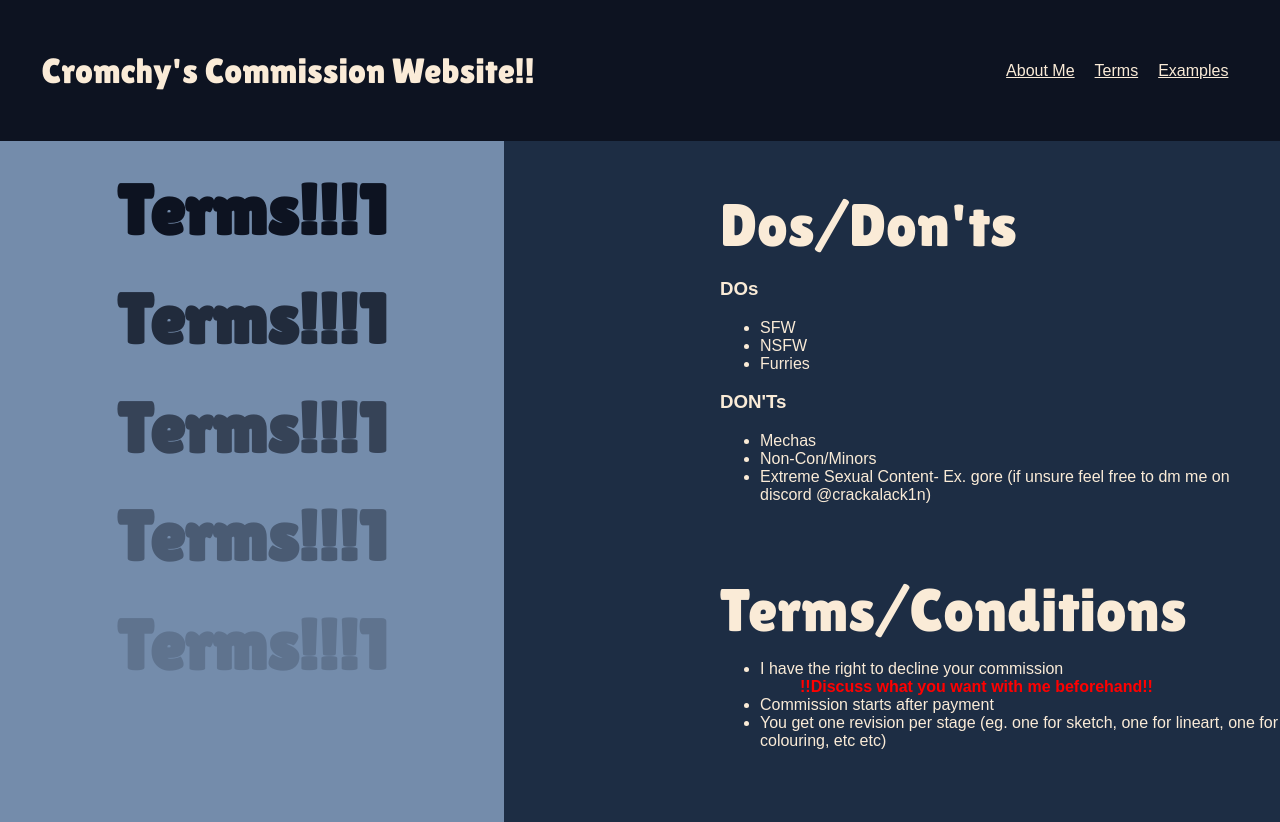
Repository: crackaLack1n/Cromchys_Commission_Site
Page: /Terms
These files come from the project's save history. The page is drawn as it stood at one moment and after the next save; the edit follows.
The browser window is 1280 px wide. The pictures show the whole page.
The project was rebuilt for these pictures with package versions that can differ from the ones it lists, and the page was loaded fresh each time. The framework's server and built-in components were replaced by stand-ins that run in the browser. Also part of the build but not shown: next.config.mjs, Components/Footer/footer.module.css, Components/Footer/index.js.

Above is the page before, as saved 2024-06-14 19:51:29.

After the next save:
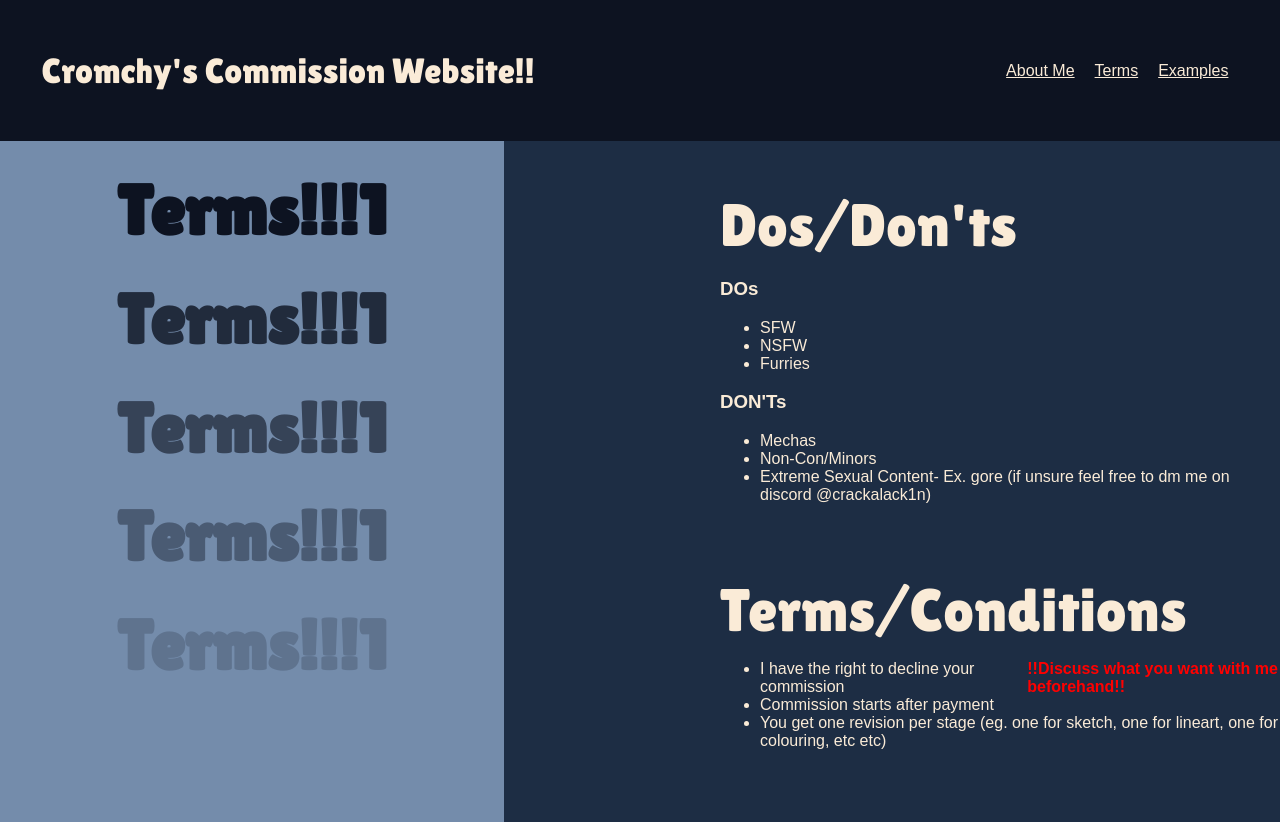
Saved 4 min 4 s later.
--- a/pages/Terms.js
+++ b/pages/Terms.js
@@ -44,11 +44,17 @@ export default function Idk() {
               <div className={styles.section}>
                 <h2 className={`${styles.heading} ${lilita_One.className}`}>Terms/Conditions</h2>
                 <ul>
-                  <li>I have the right to decline your commission <ul style={{color: 'red', fontWeight: 'bold'}}>!!Discuss what you want with me beforehand!!</ul></li>
+                  <li>
+                    <span style={{ display: 'flex', alignItems: 'center' }}>
+                      I have the right to decline your commission
+                      <ul style={{ color: 'red', fontWeight: 'bold', marginLeft: '10px' }}>!!Discuss what you want with me beforehand!!</ul>
+                    </span>
+                  </li>
                   <li>Commission starts after payment</li>
                   <li>You get one revision per stage (eg. one for sketch, one for lineart, one for colouring, etc etc)</li>
                 </ul>
               </div>
+
             </div>
           </div>
         </div>
